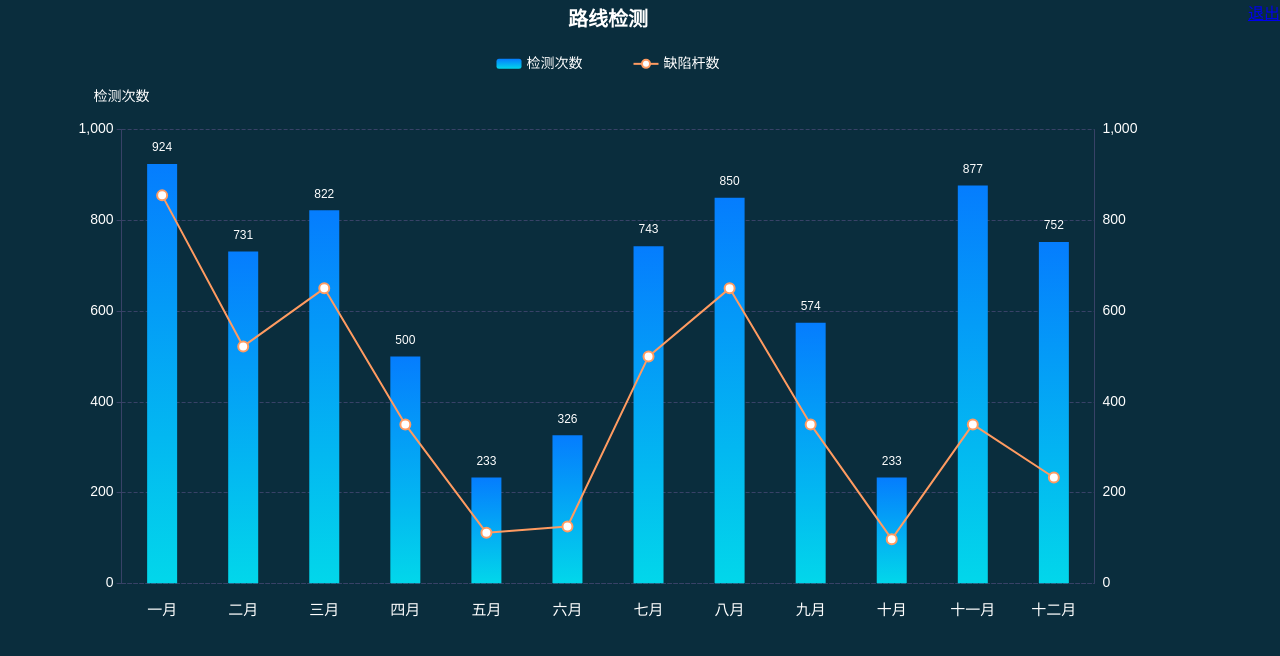
Repository: AweUniver/new_bishe_vue
Page: /#/charts
An editor plug-in stored every save of this project. The page is shown before and after the next save, followed by the edit.
The browser window is 1280 px wide. The pictures show the whole page.
The project was rebuilt for these pictures with package versions that can differ from the ones it lists, and the page was loaded fresh each time. Also part of the build but not shown: vue.config.js. Imported but missing from the stored project, and not drawn on this page: src/elementUI/index.

Above is the page before, as saved 2023-05-17 18:52:47.

After the next save:
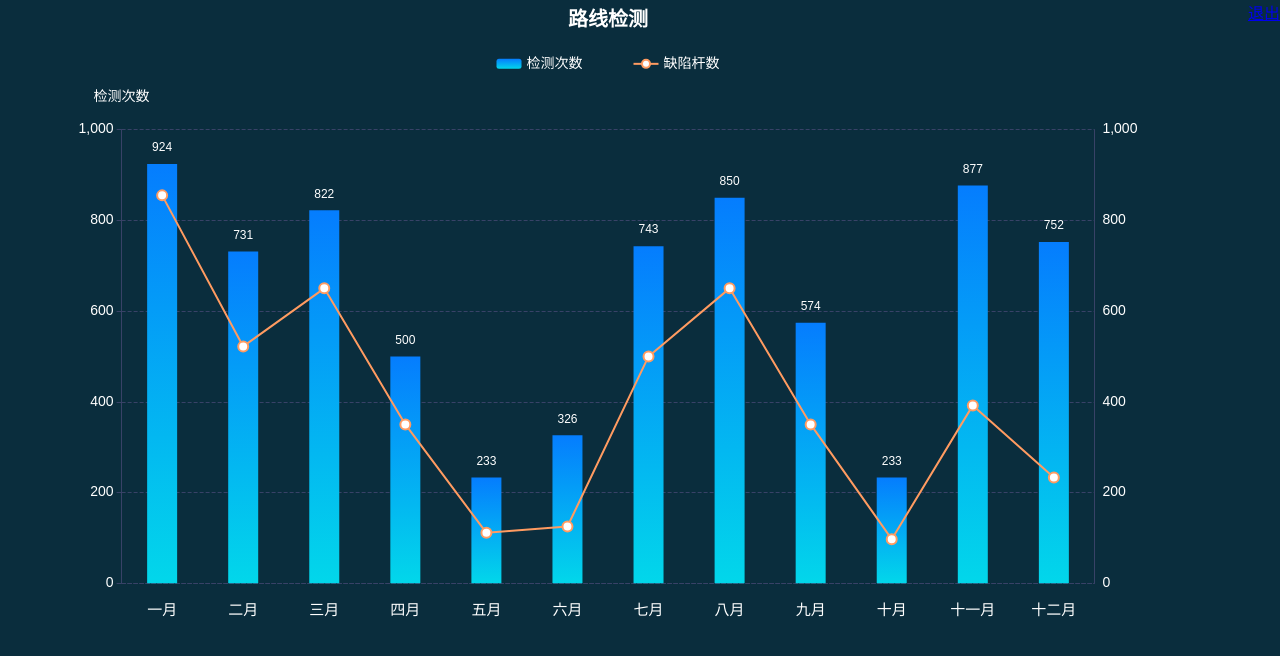
Saved 18 s later.
--- a/src/views/charts/echartsBar.vue
+++ b/src/views/charts/echartsBar.vue
@@ -156,7 +156,7 @@ export default {
           { // 折线系列数据
             name: '缺陷杆数',
             type: 'line',
-            data: [855, 522, 650, 350, 111, 125, 500, 650, 350, 97, 350, 233],
+            data: [855, 522, 650, 350, 111, 125, 500, 650, 350, 97, 392, 233],
             // 使用的 y 轴的 index
             // 在单个图表实例中存在多个 y轴的时候有用
             yAxisIndex: 1,
